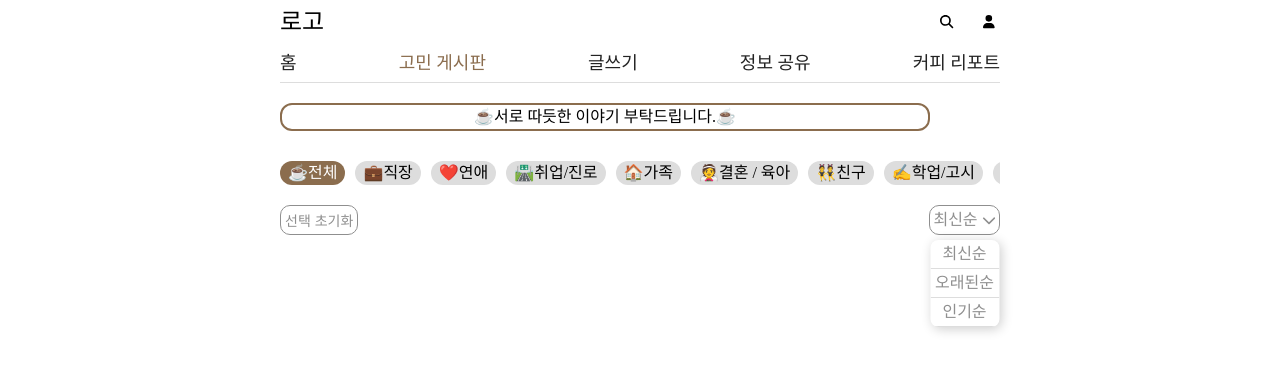
Repository: zlazlazla35/coffee
Page: /list
An editor plug-in stored every save of this project. The page is shown before and after the next save, followed by the edit.
The browser window is 1280 px wide. The pictures show the whole page.
Some web fonts or font styles are not loaded; a fallback is used. The project was rebuilt for these pictures with package versions that can differ from the ones it lists, and the page was loaded fresh each time. The framework's server and built-in components were replaced by stand-ins that run in the browser. Also part of the build but not shown: next.config.mjs.

Above is the page before, as saved 2024-12-26 18:35:09.

After the next save:
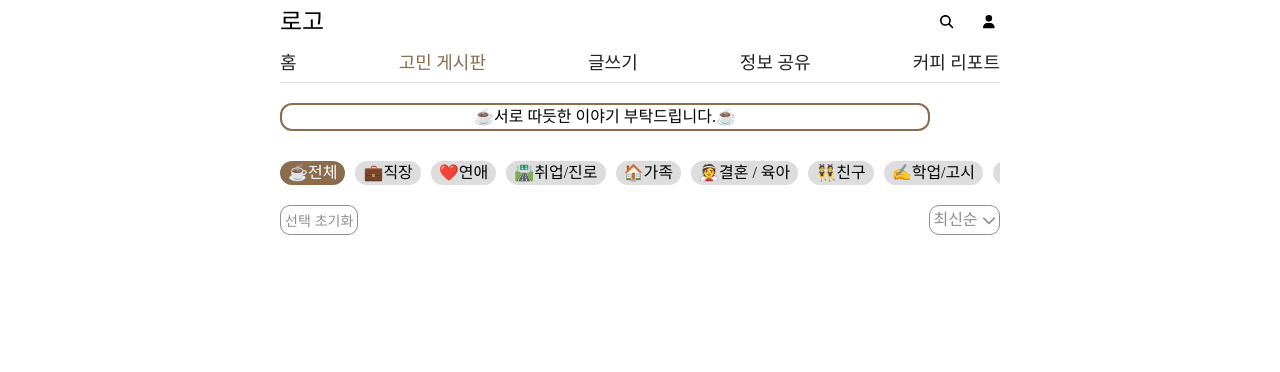
Saved 2 h 2 min later.
--- a/src/app/list/page.js
+++ b/src/app/list/page.js
@@ -6,7 +6,7 @@ import { faChevronDown } from '@fortawesome/free-solid-svg-icons'
 export default function List() {
     let [tagList, setTagList] = useState(['☕전체', '💼직장', '❤️연애', '🛣️취업/진로', '🏠가족', '👰결혼 / 육아', '👯친구', '✍️학업/고시', '🚫중독', '💰사업 / 금전', '💉질병 / 질환']);
     let [tagActive, setTagActive] = useState([true, false, false, false, false, false, false, false, false, false, false])
-
+    let [select, setSelect] = useState(false)
 
 
 
@@ -52,11 +52,16 @@ export default function List() {
                 <button className="tag_reset">선택 초기화</button>
                 <div className="filterSelectBox">
                     <h2 className="title">최신순<FontAwesomeIcon icon={faChevronDown} /></h2>
-                    <ul className="filterSelect">
+                    {
+                        select ?
+                        <ul className="filterSelect">
                         <li>최신순</li>
                         <li>오래된순</li>
                         <li>인기순</li>
                     </ul>
+                    :
+                    null
+                    }
                 </div>
             </div>
         </div>
